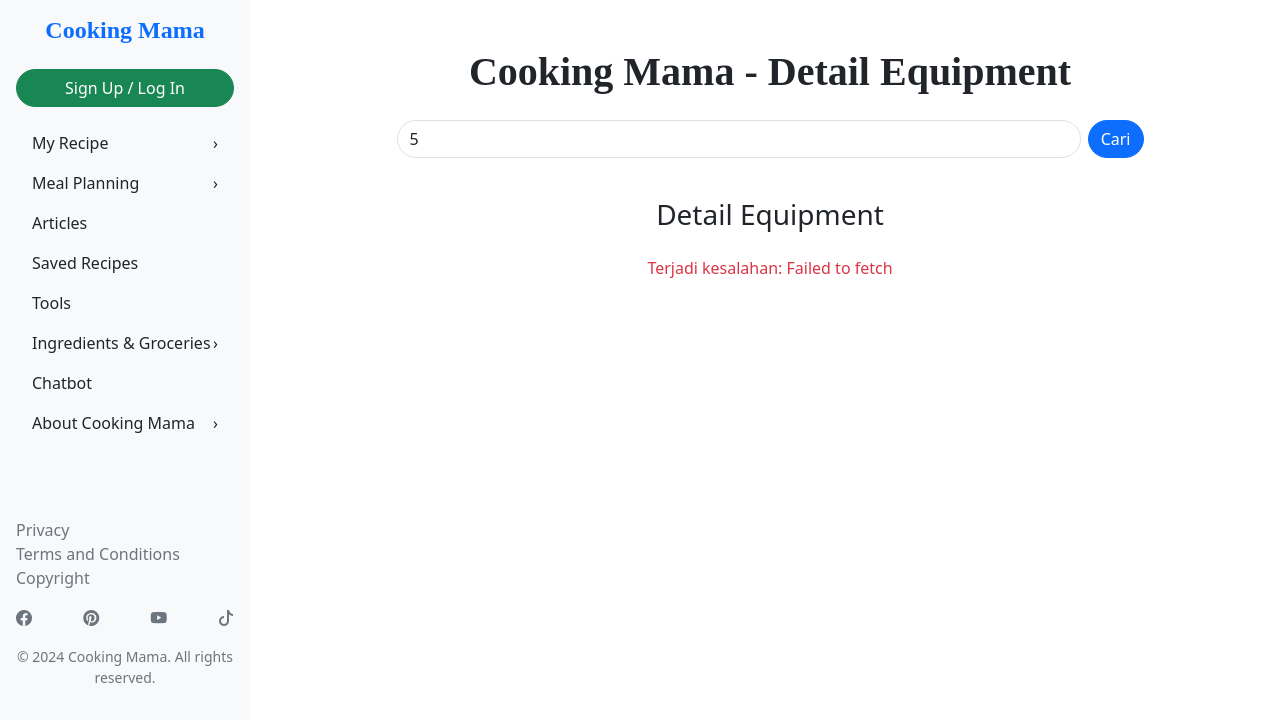
Repository: julius2510/UAS_Frontend_Kelompok10
Page: views/Tools.html
An editor plug-in stored every save of this project. The page is shown before and after the next save, followed by the edit.
The browser window is 1280 px wide. The pictures show the whole page.
Empty fields were first filled with sample values (such as "Sample", 5 or name@example.com).
After loading, the first visible `#searchEquipmentForm` was submitted once.
The page's requests for data from a server got no answer.

Above is the page before, as saved 2024-11-28 06:17:02.
Console error: TypeError: Cannot read properties of null (reading 'addEventListener')

### views/Tools.html
<!DOCTYPE html>
<html lang="en">
<head>
  <meta charset="UTF-8">
  <meta name="viewport" content="width=device-width, initial-scale=1.0">
  <title>Tools</title>
  <link href="https://cdn.jsdelivr.net/npm/bootstrap@5.3.0/dist/css/bootstrap.min.css" rel="stylesheet">
  <link href="https://cdn.jsdelivr.net/npm/bootstrap-icons/font/bootstrap-icons.css" rel="stylesheet">
</head>
<body>
  <div class="d-flex">
    <!-- Sidebar Navbar -->
    <nav class="bg-light p-3 d-flex flex-column justify-content-between" style="width: 250px; height: 100vh; position: fixed; top: 0; left: 0; overflow-y: auto;">
      <!-- Header -->
      <div>
        <a href="/" style="text-decoration: none;">
          <h2 class="fs-4 fw-bold text-primary text-center" style="font-family: cursive;">Cooking Mama</h2>
        </a>
        <a href="/loginin" style="text-decoration: none;">
          <button class="btn btn-success w-100 rounded-pill my-3">Sign Up / Log In</button>
        </a>
        <ul class="nav flex-column">
          <!-- Search Recipe -->
          <li class="nav-item">
            <a class="nav-link text-dark" data-bs-toggle="collapse" href="#myRecipe" role="button" aria-expanded="false" aria-controls="myRecipe">
              My Recipe <span class="float-end">&rsaquo;</span>
            </a>
            <div class="collapse" id="myRecipe">
              <ul class="list-unstyled ps-3">
                <li><a href="/addRecipes" class="nav-link text-secondary">Add Recipe</a></li>
                <li><a href="/searchrecipes" class="nav-link text-secondary">Search Recipe</a></li>
              </ul>
            </div>
          </li>
       <!-- Meal Planning -->
       <li class="nav-item">
        <a class="nav-link text-dark" data-bs-toggle="collapse" href="#collapseMealPlanning" role="button" aria-expanded="false" aria-controls="collapseMealPlanning">
          Meal Planning <span class="float-end">&rsaquo;</span>
        </a>
        <div class="collapse" id="collapseMealPlanning">
          <ul class="list-unstyled ps-3">
            <li><a href="/mealPlanDay" class="nav-link text-secondary">Get Meal Plan Day</a></li>
            <li><a href="/mealPlanWeek" class="nav-link text-secondary">Get Meal Plan Week</a></li>
            <li><a href="/generateMeal" class="nav-link text-secondary">Generate a Meal Plan</a></li>
          </ul>
        </div>
      </li>
          <!-- Articles -->
          <li class="nav-item">
            <a href="/article" class="nav-link text-dark">Articles <span class="float-end"></span></a>
          </li>
          <!-- Saved Recipes -->
          <li class="nav-item">
            <a href="/resep" class="nav-link text-dark">Saved Recipes <span class="float-end"></span></a>
          </li>
          <!-- More Tools -->
          <li class="nav-item">
            <a href="/Tools" class="nav-link text-dark">Tools <span class="float-end"></span></a>
          </li>

          <!-- Ingridients and Tools -->
          <li class="nav-item">
            <a class="nav-link text-dark" data-bs-toggle="collapse" href="#IntAndPro" role="button" aria-expanded="false" aria-controls="IntAndPro">
              Ingredients & Groceries <span class="float-end">&rsaquo;</span>
            </a>
            <div class="collapse" id="IntAndPro">
              <ul class="list-unstyled ps-3">
                <li><a href="/searchIngredients" class="nav-link text-secondary">Search Ingredients</a></li>
                <li><a href="/searchProducts" class="nav-link text-secondary">Search Grocery Products</a></li>
              </ul>
            </div>
          </li>

         <!-- Chatbot -->
         <li class="nav-item">
          <a href="/Chatbot" class="nav-link text-dark">Chatbot <span class="float-end"></span></a>
        </li>

          <li class="nav-item">
            <a class="nav-link text-dark" data-bs-toggle="collapse" href="#collapseAbout" role="button" aria-expanded="false" aria-controls="collapseTools">
              About Cooking Mama <span class="float-end">&rsaquo;</span>
            </a>
            <div class="collapse" id="collapseAbout">
              <ul class="list-unstyled ps-3">
                <li><a href="/about#about" class="nav-link text-secondary">About Us</a></li>
                <li><a href="/about#contact" class="nav-link text-secondary">Contact Us</a></li>
                <li><a href="/about#faq" class="nav-link text-secondary">FAQ</a></li>
              </ul>
            </div>
          </li>
        </ul>
      </div>

      <!-- Footer -->
      <div>
        <ul class="list-unstyled">
          <li><a href="#" class="nav-link text-secondary">Privacy</a></li>
          <li><a href="#" class="nav-link text-secondary">Terms and Conditions</a></li>
          <li><a href="#" class="nav-link text-secondary">Copyright</a></li>
        </ul>
        <div class="d-flex justify-content-between mt-3">
          <a href="#" class="text-secondary"><i class="bi bi-facebook"></i></a>
          <a href="#" class="text-secondary"><i class="bi bi-pinterest"></i></a>
          <a href="#" class="text-secondary"><i class="bi bi-youtube"></i></a>
          <a href="#" class="text-secondary"><i class="bi bi-tiktok"></i></a>
        </div>
        <p class="text-secondary mt-3 text-center small">© 2024 Cooking Mama. All rights reserved.</p>
      </div>
    </nav>

    <div class="container mt-5" style="margin-left: 260px;">
        <h1 class="text-center mb-4 fs-1 fw-bold" style="font-family: cursive;">Cooking Mama - Detail Equipment</h1>
        <div class="d-flex justify-content-center">
          <form id="searchEquipmentForm" class="d-flex flex-column w-75">
            <div class="input-group mb-3">
              <input type="number" id="equipmentId" class="form-control me-2 rounded-pill" placeholder="Masukkan ID Equipment">
              <button type="submit" class="btn btn-primary rounded-pill">Cari</button>
            </div>
          </form>
        </div>
        <h3 class="text-center mt-4">Detail Equipment</h3>
        <div id="equipmentResult" class="mt-4 text-center"></div>
      </div>



<script>
const apiKey = '50868189a1fb41c5b8276487a99412ac';
const searchEquipmentForm = document.getElementById('searchEquipmentForm');
const equipmentResultDiv = document.getElementById('equipmentResult');

// Fungsi untuk mendapatkan daftar equipment
async function getDefaultEquipments(number = 6) {
    const apiUrl = `https://api.spoonacular.com/food/products/search?apiKey=${apiKey}&number=${number}`;
    try {
        const response = await fetch(apiUrl);
        const data = await response.json();
        return data.products; // Kembalikan array equipment
    } catch (error) {
        console.error('Error fetching default equipment:', error);
        equipmentResultDiv.innerHTML = `<p class="text-danger">Terjadi kesalahan saat mengambil data default equipment.</p>`;
    }
}

// Fungsi untuk mendapatkan detail equipment berdasarkan ID
async function getEquipmentById(id) {
  const apiUrl = `https://api.spoonacular.com/food/products/${id}?apiKey=${apiKey}`;
  try {
    const response = await fetch(apiUrl);
    if (!response.ok) throw new Error('Equipment tidak ditemukan');
    const data = await response.json();
    return data; // Kembalikan detail equipment
  } catch (error) {
    console.error('Error fetching equipment:', error);
    equipmentResultDiv.innerHTML = `<p class="text-danger">Terjadi kesalahan: ${error.message}</p>`;
  }
}

// Fungsi untuk menampilkan daftar equipment
function displayEquipments(equipments) {
    equipmentResultDiv.innerHTML = '';
    if (!equipments || equipments.length === 0) {
        equipmentResultDiv.innerHTML = '<p>Detail equipment tidak ditemukan.</p>';
        return;
    }

    equipments.forEach(equipment => {
        const equipmentCard = `
            <div class="col-md-4">
                <div class="card shadow-lg border-0 h-100" style="overflow: hidden;">
                    <img src="${equipment.image}" class="card-img-top" alt="${equipment.title}" style="height: 200px; object-fit: cover;">
                    <div class="card-body">
                        <h5 class="card-title text-primary fw-bold">${equipment.title || 'Nama Tidak Diketahui'}</h5>
                        <p class="text-secondary">ID: ${equipment.id || 'Tidak diketahui'}</p>
                        <p class="text-muted">${equipment.description || 'Deskripsi tidak tersedia.'}</p>
                        <a href="${equipment.link || '#'}" target="_blank" class="btn btn-success w-100 rounded-pill mt-3">
                            <i class="bi bi-link-45deg"></i> Selengkapnya
                        </a>
                    </div>
                </div>
            </div>
        `;
        equipmentResultDiv.innerHTML += equipmentCard;
    });
}

document.addEventListener('DOMContentLoaded', async () => {
    const defaultEquipments = await getDefaultEquipments(6); // Ambil 6 equipment default
    displayEquipments(defaultEquipments);
});

// Event listener untuk form pencarian equipment
searchEquipmentForm.addEventListener('submit', async (e) => {
  e.preventDefault();
  const id = document.getElementById('equipmentId').value;

  if (!id) {
    equipmentResultDiv.innerHTML = '<p class="text-danger">Harap masukkan ID Equipment!</p>';
    return;
  }

  const equipment = await getEquipmentById(id); // Cari berdasarkan ID
  displayEquipment(equipment);
});
    document.addEventListener('DOMContentLoaded', function () {
    // Cek apakah pengguna sudah login
    const user = JSON.parse(localStorage.getItem('user'));
    if (user) {
      updateNavbarForLoggedInUser(user);
    }

    // Tambahkan event listener untuk form login dan signup
    document.getElementById("loginForm").addEventListener("submit", handleFormSubmit);
    document.getElementById("signupForm").addEventListener("submit", handleFormSubmit);
  });

  async function handleFormSubmit(event) {
    event.preventDefault();

    const formData = new FormData(event.target);
    const formType = event.target.id; // loginForm atau signupForm
    const data = Object.fromEntries(formData.entries());
    const formAction = formType === "loginForm"
      ? "http://localhost:3000/login"
      : "http://localhost:3000/signup";

    try {
      const response = await fetch(formAction, {
        method: "POST",
        headers: {
          "Content-Type": "application/json",
        },
        body: JSON.stringify(data),
      });

      if (!response.ok) {
        const error = await response.json();
        alert(error.message || "Terjadi kesalahan");
        return;
      }

      const result = await response.json();
      // Simpan data pengguna ke localStorage
      localStorage.setItem("user", JSON.stringify(result.user));

      // Update navbar dengan informasi pengguna
      updateNavbarForLoggedInUser(result.user);

      // Arahkan ke halaman utama atau profil
      window.location.href = "/";
    } catch (error) {
      alert("Terjadi kesalahan: " + error.message);
    }
  }

  function updateNavbarForLoggedInUser(user) {
    const navbar = document.querySelector("nav");
    const signupLoginButton = navbar.querySelector(".btn");
    const userProfileHtml = `
      <div class="d-flex align-items-center ms-5">
        <i class="bi bi-person-circle fs-3 text-secondary me-2" style="pointer-events: none;"></i>
        <a href="/profile" style="text-decoration: none;">${user.name}</a>
      </div>
    `;
    signupLoginButton.outerHTML = userProfileHtml;
  }

// Menampilkan 9 bahan makanan pertama ketika halaman dimuat
window.addEventListener('load', async () => {
  const Products = await searchProducts('B');
  displayProducts(Products);
});
  </script>
<script src="https://cdn.jsdelivr.net/npm/bootstrap@5.3.0/dist/js/bootstrap.bundle.min.js"></script>
</body>
</html>

After the next save:
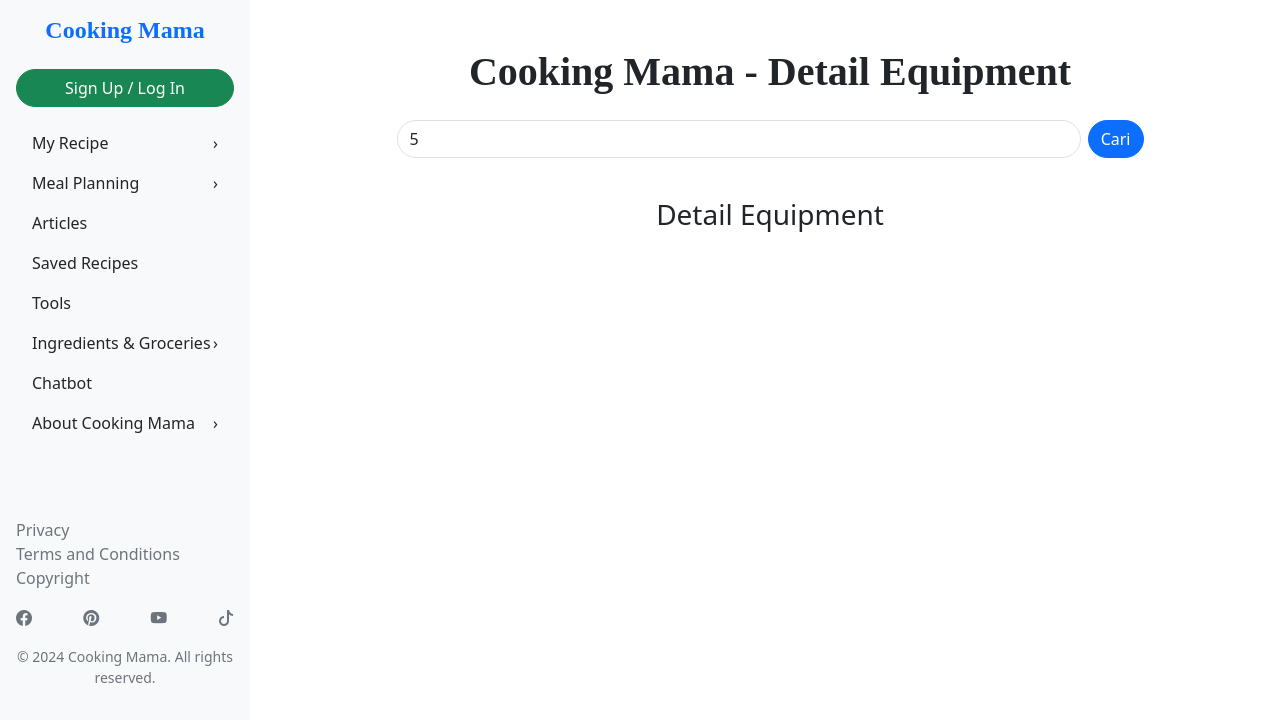
Saved 23 s later.
--- a/views/Tools.html
+++ b/views/Tools.html
@@ -191,17 +191,18 @@
 
 // Event listener untuk form pencarian equipment
 searchEquipmentForm.addEventListener('submit', async (e) => {
-  e.preventDefault();
-  const id = document.getElementById('equipmentId').value;
-
-  if (!id) {
-    equipmentResultDiv.innerHTML = '<p class="text-danger">Harap masukkan ID Equipment!</p>';
-    return;
-  }
-
-  const equipment = await getEquipmentById(id); // Cari berdasarkan ID
-  displayEquipment(equipment);
+    e.preventDefault();
+    const id = document.getElementById('equipmentId').value;
+
+    if (!id) {
+        equipmentResultDiv.innerHTML = '<p class="text-danger">Harap masukkan ID Equipment!</p>';
+        return;
+    }
+
+    const equipment = await getEquipmentById(id); // Cari berdasarkan ID
+    displayEquipments([equipment]); // Tampilkan sebagai array
 });
+
     document.addEventListener('DOMContentLoaded', function () {
     // Cek apakah pengguna sudah login
     const user = JSON.parse(localStorage.getItem('user'));
